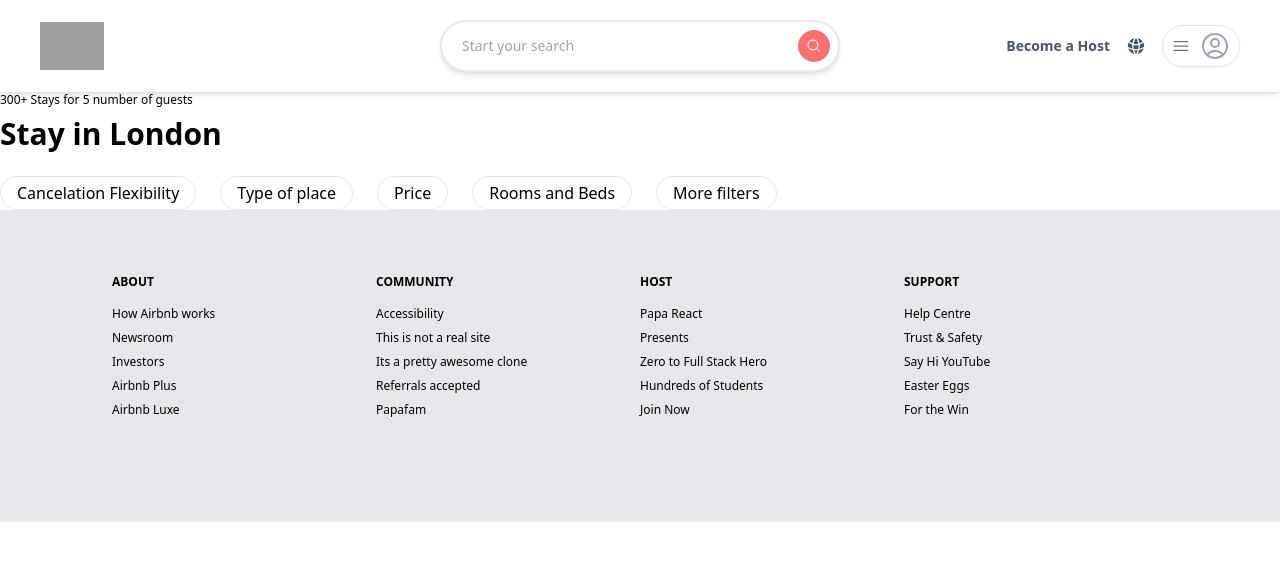
Repository: lakshithapramodya/airbnb
Page: /search
These files come from the project's save history. The page is drawn as it stood at one moment and after the next save; the edit follows.
The browser window is 1280 px wide. The pictures show the whole page.
Pictures or frames that could not be fetched are drawn as grey boxes. The project was rebuilt for these pictures with package versions that can differ from the ones it lists, and the page was loaded fresh each time. The framework's server and built-in components were replaced by stand-ins that run in the browser. Also part of the build but not shown: next.config.js.

Above is the page before, as saved 2022-10-19 12:45:07.

### pages/_app.jsx
import "../styles/globals.css";
import { AppProps } from "next/app";

function MyApp({ Component, pageProps }) {
  return <Component {...pageProps} />;
}

export default MyApp;

### pages/search.js
import React from "react";
import Footer from "../components/Footer";
import Header from "../components/Header";

function search() {
  return (
    <div>
      <Header />

      <main className="flex">
        <section>
          <p className="text-xs">300+ Stays for 5 number of guests</p>
          <h1 className="font-semibold text-3xl mt-2 mb-6">Stay in London</h1>

          <div className="space-x-6 hidden md:inline-flex">
            <p className="btn">Cancelation Flexibility</p>
            <p className="btn">Type of place</p>
            <p className="btn">Price</p>
            <p className="btn">Rooms and Beds</p>
            <p className="btn">More filters</p>
          </div>
        </section>
      </main>

      <Footer />
    </div>
  );
}

export default search;

### styles/globals.css
@tailwind base;
@tailwind components;
@tailwind utilities;

@layer components {
  .btn {
    @apply border rounded-full
    px-4 py-1 hover:shadow-lg active:scale-95
   active:bg-gray-100 transition transform duration-150
   ease-out cursor-pointer;
  }
}

### components/Footer.js
import React from "react";

function Footer() {
  return (
    <div className="grid grid-cols-1 md:grid-cols-4 py-16 px-28 bg-gray-200">
      <div className="pb-8">
        <h2 className="font-bold text-xs font-sans mb-4 cursor-pointer">
          ABOUT
        </h2>
        <p className="text-xs my-2 cursor-pointer">How Airbnb works</p>
        <p className="text-xs my-2 cursor-pointer">Newsroom</p>
        <p className="text-xs my-2 cursor-pointer">Investors</p>
        <p className="text-xs my-2 cursor-pointer">Airbnb Plus</p>
        <p className="text-xs my-2 cursor-pointer">Airbnb Luxe</p>
      </div>
      <div className="pb-8">
        <h2 className="font-bold text-xs font-sans mb-4 cursor-pointer">
          COMMUNITY
        </h2>
        <p className="text-xs my-2 cursor-pointer">Accessibility</p>
        <p className="text-xs my-2 cursor-pointer">This is not a real site</p>
        <p className="text-xs my-2 cursor-pointer">
          Its a pretty awesome clone
        </p>
        <p className="text-xs my-2 cursor-pointer">Referrals accepted</p>
        <p className="text-xs my-2 cursor-pointer">Papafam</p>
      </div>
      <div className="pb-8">
        <h2 className="font-bold text-xs font-sans mb-4 cursor-pointer">
          HOST
        </h2>
        <p className="text-xs my-2 cursor-pointer">Papa React</p>
        <p className="text-xs my-2 cursor-pointer">Presents</p>
        <p className="text-xs my-2 cursor-pointer">Zero to Full Stack Hero</p>
        <p className="text-xs my-2 cursor-pointer">Hundreds of Students</p>
        <p className="text-xs my-2 cursor-pointer">Join Now</p>
      </div>
      <div className="pb-8">
        <h2 className="font-bold text-xs font-sans mb-4 cursor-pointer">
          SUPPORT
        </h2>
        <p className="text-xs my-2 cursor-pointer">Help Centre</p>
        <p className="text-xs my-2 cursor-pointer">Trust & Safety</p>
        <p className="text-xs my-2 cursor-pointer">Say Hi YouTube</p>
        <p className="text-xs my-2 cursor-pointer">Easter Eggs</p>
        <p className="text-xs my-2 cursor-pointer">For the Win</p>
      </div>
    </div>
  );
}

export default Footer;

### components/Header.js
import React, { useState } from "react";
import Image from "next/image";
import {
  MagnifyingGlassIcon,
  Bars3Icon,
  UserCircleIcon,
} from "@heroicons/react/24/outline";
import { GlobeAltIcon, UsersIcon } from "@heroicons/react/24/solid";
import "react-date-range/dist/styles.css";
import "react-date-range/dist/theme/default.css";
import { DateRangePicker } from "react-date-range";

function Header() {
  const [searchText, setSearchTExt] = useState("");
  const [startDate, setStartDate] = useState(new Date());
  const [endDate, setEndDate] = useState(new Date());
  const [guests, setGuests] = useState(1);

  const selectionRange = {
    startDate: startDate,
    endDate: endDate,
    key: "selection",
  };

  const handleChange = (ranges) => {
    setStartDate(ranges.selection.startDate);
    setEndDate(ranges.selection.endDate);
  };

  const resetInput = () => {
    setSearchTExt("");
  };

  return (
    <div
      className="sticky top-0  z-50 grid grid-cols-3 bg-white shadow-md
    p-5 md:px-10"
    >
      {/* Left */}
      <div className="relative flex item-center h-12 cursor-pointer my-auto">
        <Image
          src="https://1000logos.net/wp-content/uploads/2017/08/Airbnb-Logo.png"
          layout="fill"
          objectFit="contain"
          objectPosition="left"
        />
      </div>

      {/* Middle */}
      <div
        className="flex items-center md:border-2 rounded-full py-2
      md:shadow-md"
      >
        <input
          value={searchText}
          onChange={(e) => setSearchTExt(e.target.value)}
          className="!outline-0 pl-5 bg-transparent flex-grow
          md:min-w-0  text-sm text-gray-600"
          type="text"
          placeholder="Start your search"
        />
        <MagnifyingGlassIcon
          className="hidden md:inline-flex h-8 bg-red-400
         text-white rounded-full p-2 cursor-pointer md:mx-2 "
        />
      </div>

      {/* Right */}
      <div className="flex items-center space-x-4 justify-end">
        <p
          className="text-sm font-semibold cursor-pointer
        rounded-full text-gray-600 hidden md:inline"
        >
          Become a Host
        </p>

        <GlobeAltIcon className="h-5 text-gray-600 cursor-pointer" />

        <div
          className="flex items-center border rounded-full p-1
        space-x-2 shadow-sm px-2 hover:shadow-md"
        >
          <Bars3Icon className="h-5 text-gray-500" />
          <UserCircleIcon className="h-8 text-gray-400" />
        </div>
      </div>
      {searchText && (
        <div className="flex flex-col col-span-3 mx-auto">
          <DateRangePicker
            ranges={[selectionRange]}
            minDate={new Date()}
            rangeColors={["#FD5B61"]}
            onChange={handleChange}
          />
          <div>
            <div className="flex items-center border-b">
              <h2 className="text-2xl font-semibold flex-grow">
                Number of Guests
              </h2>
              <UsersIcon className="h-5" />
              <input
                value={guests}
                onChange={(e) => setGuests(e.target.value)}
                min={1}
                type="number"
                className="w-12 ml-2 !outline-0 text-lg text-red-500"
              />
            </div>
            <div className="flex mt-4">
              <button onClick={resetInput} className="text-gray-500 flex-grow">
                Cancel
              </button>
              <button className="text-red-500 flex-grow">Search</button>
            </div>
          </div>
        </div>
      )}
    </div>
  );
}

export default Header;

Loaded but not shown: tailwind.config.js (common file)

After the next save:
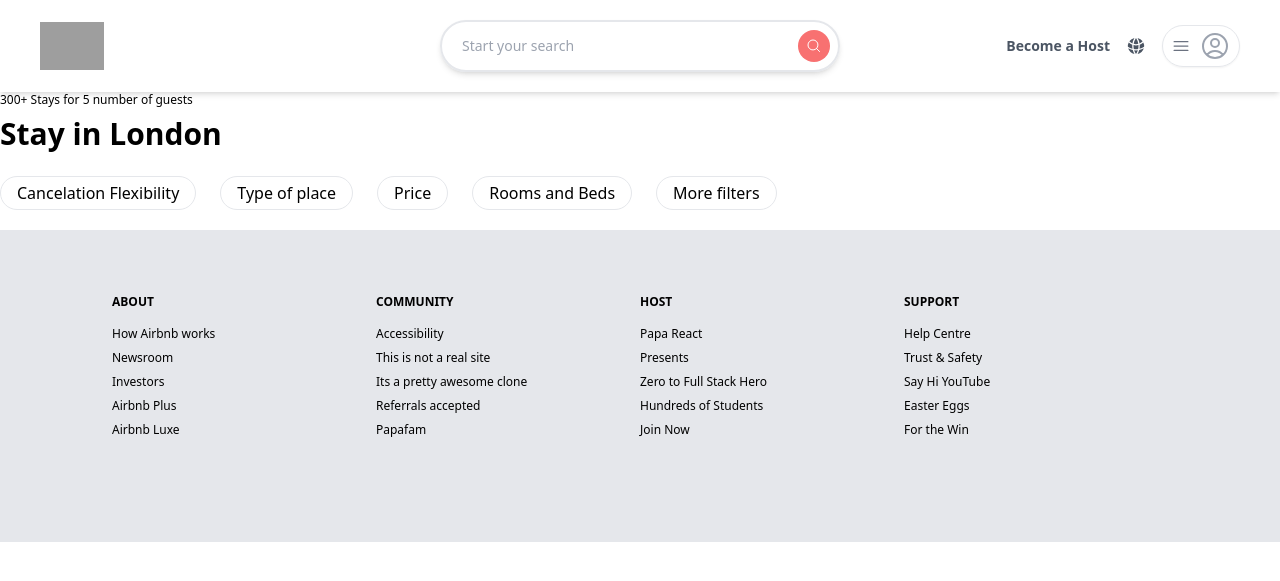
Saved 116 s later.
--- a/pages/search.js
+++ b/pages/search.js
@@ -12,7 +12,7 @@ function search() {
           <p className="text-xs">300+ Stays for 5 number of guests</p>
           <h1 className="font-semibold text-3xl mt-2 mb-6">Stay in London</h1>
 
-          <div className="space-x-6 hidden md:inline-flex">
+          <div className="space-x-6 hidden md:inline-flex mb-5">
             <p className="btn">Cancelation Flexibility</p>
             <p className="btn">Type of place</p>
             <p className="btn">Price</p>
